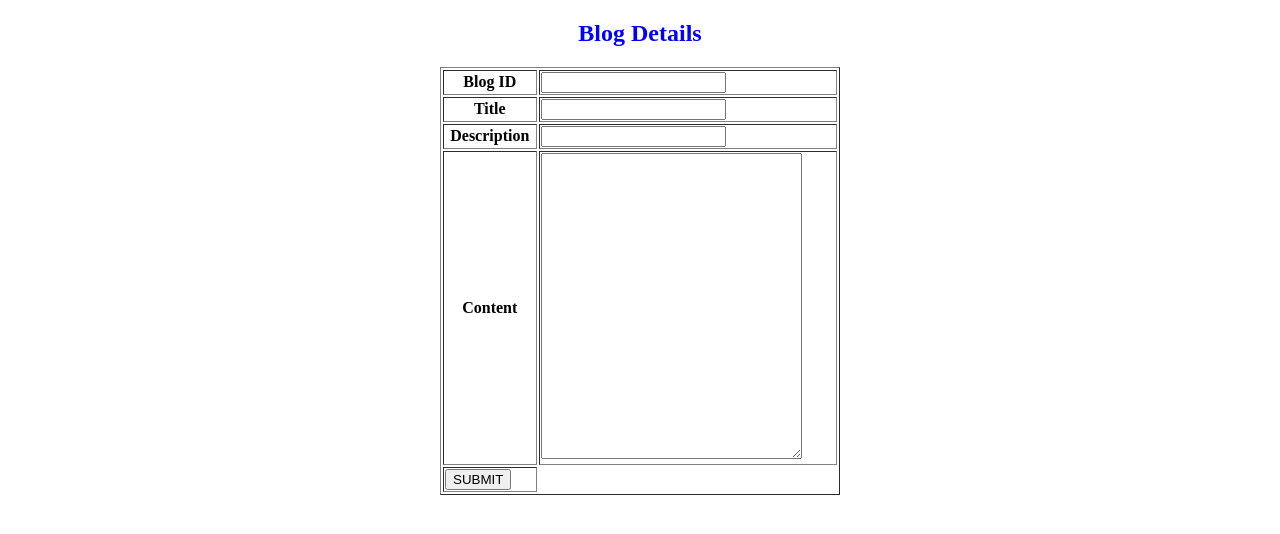
Repository: choubeyshubham018/CompleteJavaQuestions
Page: http://localhost/Ques_17_ServletBlogApplication/blog.jsp
The author's editor kept a copy of each file at every save. The page is drawn from the files as they stood at one save, then again after the next save.
The browser window is 1280 px wide. The pictures show the whole page.
The page is served by Tomcat 9.

Above is the page before, as saved 2023-09-19 07:21:53.

After the next save:
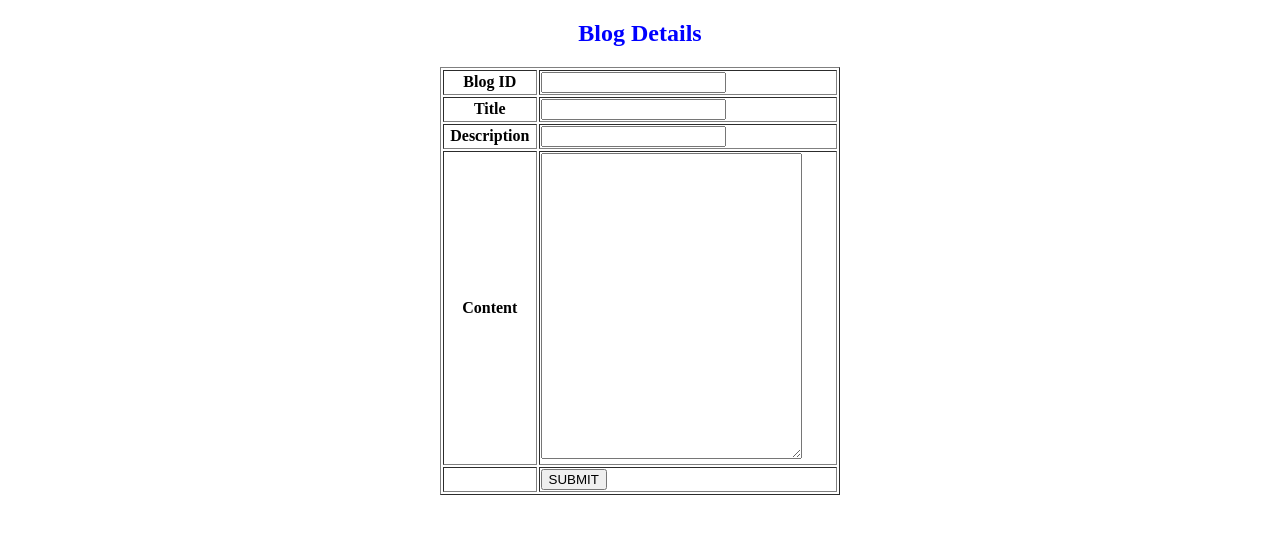
Saved 33 s later.
--- a/Servlet Assignment/Ques_17_ServletBlogApplication/src/main/webapp/blog.jsp
+++ b/Servlet Assignment/Ques_17_ServletBlogApplication/src/main/webapp/blog.jsp
@@ -28,7 +28,8 @@
 	<td><textarea rows="20" cols="30" name="content"></textarea></td>
 </tr>
 <tr>
-<td>
+<td></td>
+<td >
 <input type="submit" value="SUBMIT" >
 </td>
 </tr>
